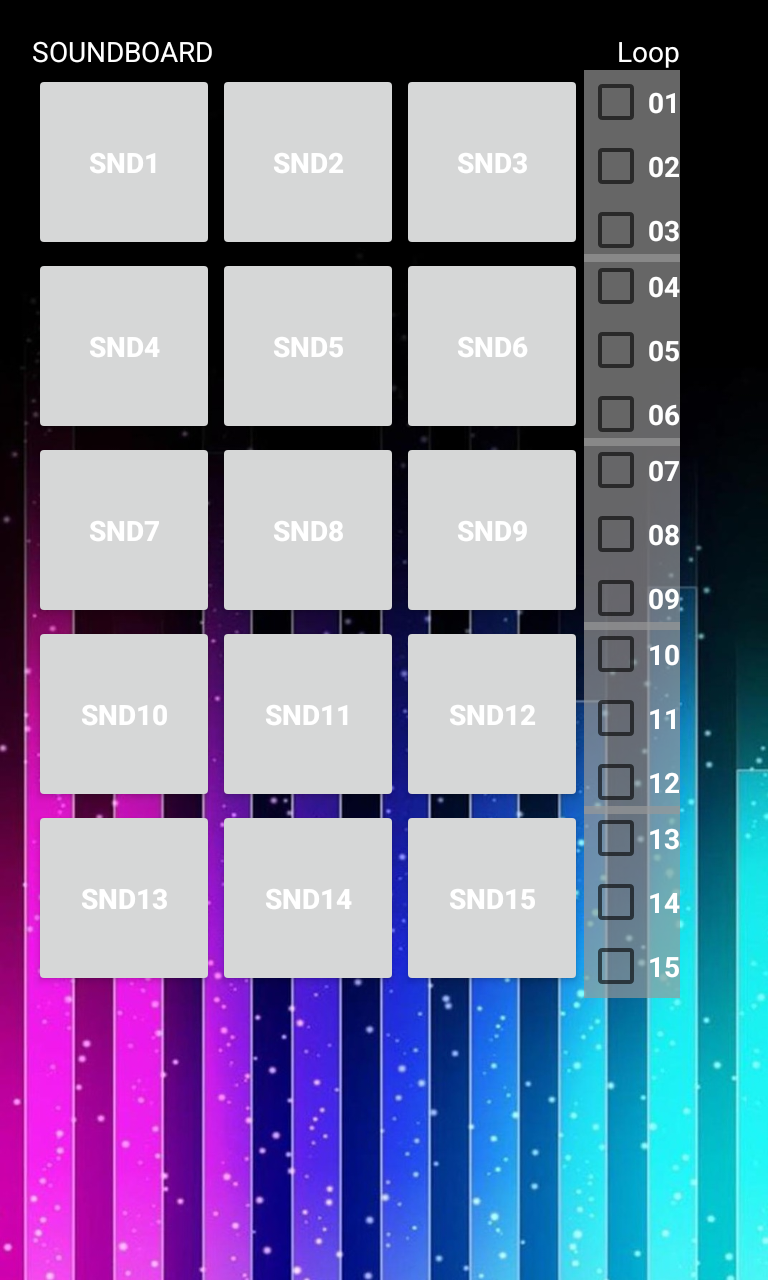
Repository: SoundBoardJAMJ/Project
Layout: workspace/SoundBoard/res/layout/defboard.xml
The author's editor kept a copy of each file at every save. The layout is drawn from the files as they stood at one save, then again after the next save.
It is drawn on a 768 x 1280 px phone screen (xhdpi) without system bars, with theme AppTheme; the app's code is not run.

Above is the layout before, as saved 2014-05-02 07:34:15.

After the next save:
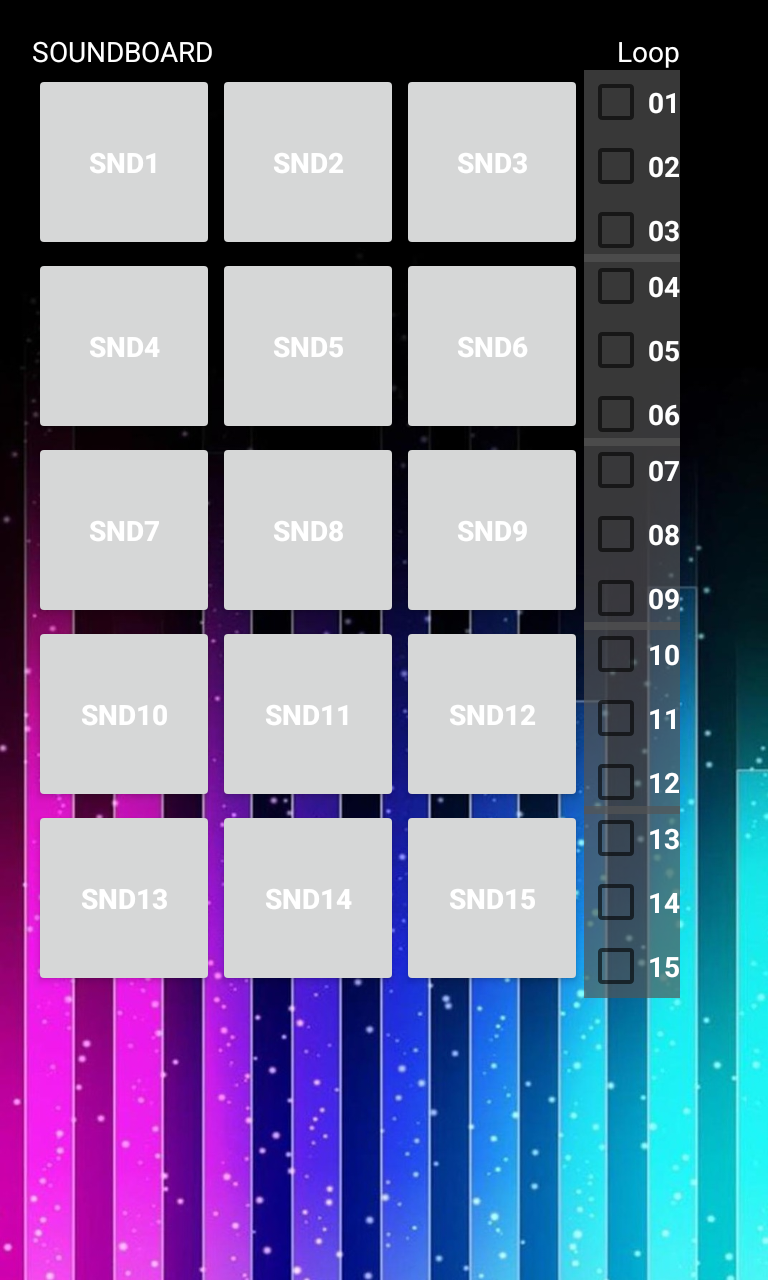
Saved 34 s later.
--- a/workspace/SoundBoard/res/layout/defboard.xml
+++ b/workspace/SoundBoard/res/layout/defboard.xml
@@ -217,7 +217,7 @@ android:layout_height="match_parent" >
         android:alpha="1.0"
         android:onClick="TogOnClick"
         android:text="01"
-        android:background="#AA999999"
+        android:background="#AA555555"
         android:textColor="@android:color/white"
         android:textStyle="bold" />
 
@@ -231,7 +231,7 @@ android:layout_height="match_parent" >
         android:textColor="@android:color/white"
         android:alpha="1.0"
         android:textStyle="bold"
-        android:background="#AA999999"
+        android:background="#AA555555"
         android:text="02" />
 
     <CheckBox
@@ -244,7 +244,7 @@ android:layout_height="match_parent" >
         android:textColor="@android:color/white"
         android:alpha="1.0"
         android:textStyle="bold"
-        android:background="#AA999999"
+        android:background="#AA555555"
         android:text="03" />
 
     <CheckBox
@@ -257,7 +257,7 @@ android:layout_height="match_parent" >
         android:textColor="@android:color/white"
         android:alpha="1.0"
         android:textStyle="bold"
-        android:background="#AA999999"
+        android:background="#AA555555"
         android:text="04" />
 
     <CheckBox
@@ -270,7 +270,7 @@ android:layout_height="match_parent" >
         android:textColor="@android:color/white"
         android:alpha="1.0"
         android:textStyle="bold"
-        android:background="#AA999999"
+        android:background="#AA555555"
         android:text="05" />
 
     <CheckBox
@@ -282,7 +282,7 @@ android:layout_height="match_parent" >
         android:onClick="TogOnClick"
         android:textColor="@android:color/white"
         android:alpha="1.0"
-        android:background="#AA999999"
+        android:background="#AA555555"
         android:textStyle="bold"
         android:text="06" />
 
@@ -296,7 +296,7 @@ android:layout_height="match_parent" >
         android:textColor="@android:color/white"
         android:alpha="1.0"
         android:textStyle="bold"
-        android:background="#AA999999"
+        android:background="#AA555555"
         android:text="07" />
 
     <CheckBox
@@ -309,7 +309,7 @@ android:layout_height="match_parent" >
         android:textColor="@android:color/white"
         android:alpha="1.0"
         android:textStyle="bold"
-        android:background="#AA999999"
+        android:background="#AA555555"
         android:text="08" />
 
     <CheckBox
@@ -322,7 +322,7 @@ android:layout_height="match_parent" >
         android:textColor="@android:color/white"
         android:alpha="1.0"
         android:textStyle="bold"
-        android:background="#AA999999"
+        android:background="#AA555555"
         android:text="09" />
 
     <CheckBox
@@ -335,7 +335,7 @@ android:layout_height="match_parent" >
         android:textColor="@android:color/white"
         android:alpha="1.0"
         android:textStyle="bold"
-        android:background="#AA999999"
+        android:background="#AA555555"
         android:text="10" />
 
     <CheckBox
@@ -348,7 +348,7 @@ android:layout_height="match_parent" >
         android:textColor="@android:color/white"
         android:alpha="1.0"
         android:textStyle="bold"
-        android:background="#AA999999"
+        android:background="#AA555555"
         android:text="11" />
 
     <CheckBox
@@ -361,7 +361,7 @@ android:layout_height="match_parent" >
         android:textColor="@android:color/white"
         android:alpha="1.0"
         android:textStyle="bold"
-        android:background="#AA999999"
+        android:background="#AA555555"
         android:text="12" />
 
     <CheckBox
@@ -374,7 +374,7 @@ android:layout_height="match_parent" >
         android:textColor="@android:color/white"
         android:alpha="1.0"
         android:textStyle="bold"
-        android:background="#AA999999"
+        android:background="#AA555555"
         android:text="13" />
 
     <CheckBox
@@ -386,7 +386,7 @@ android:layout_height="match_parent" >
         android:onClick="TogOnClick"
         android:textColor="@android:color/white"
         android:alpha="1.0"
-        android:background="#AA999999"
+        android:background="#AA555555"
         android:textStyle="bold"
         android:text="14" />
 
@@ -400,7 +400,7 @@ android:layout_height="match_parent" >
         android:textColor="@android:color/white"
         android:alpha="1.0"
         android:textStyle="bold"
-        android:background="#AA999999"
+        android:background="#AA555555"
         android:text="15" />
 
     <TextView
